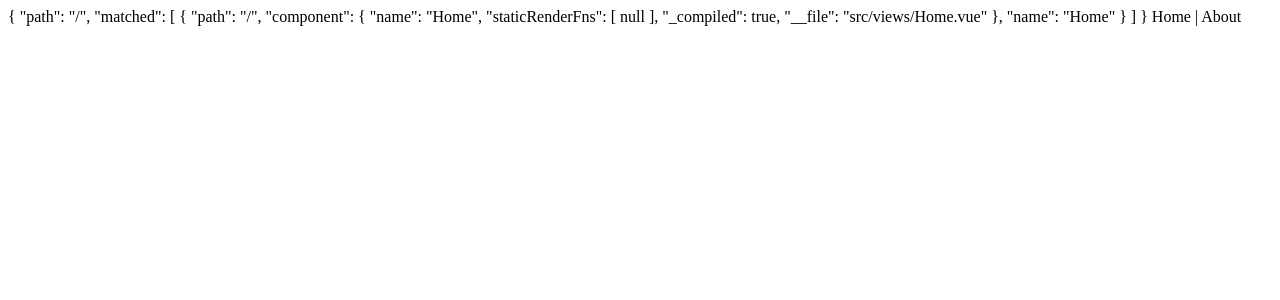
Repository: MDZZ-LBJ/vue-router
Page: /
These files come from the project's save history. The page is drawn as it stood at one moment and after the next save; the edit follows.
The browser window is 1280 px wide. The pictures show the whole page.
The project was rebuilt for these pictures with package versions that can differ from the ones it lists, and the page was loaded fresh each time. Also part of the build but not shown: src/views/Home.vue, src/views/About.vue, src/views/A.vue, src/views/B.vue.

Above is the page before, as saved 2020-12-14 17:33:46.

### src/main.js
import Vue from 'vue'
import App from './App.vue'
import router from './router'

Vue.config.productionTip = false

new Vue({
  name: 'root',
  router,
  render: function (h) { return h(App) }
}).$mount('#app')

### src/App.vue
<template>
  <div id="app">
    <div id="nav">
          {{this.$route}}
      <router-link to="/">Home</router-link> |
      <router-link to="/about">About</router-link>
    </div>
    <router-view />
  </div>
</template>

<script>
export default {
  name: "App",
};
</script>

### src/router/index.js
import Vue from "vue";
import VueRouter from "@/my-router";
import Home from "../views/Home.vue";
import About from "../views/About.vue";
import A from "../views/A.vue";
import B from "../views/B.vue";

/*
 Vuew.use 原理 内部会调用VueRouter插件的install方法
 传入this即Vue保证 vue-router 用的vue版本和外部一样
 这样vue-router内部就不用依赖vue，用户在使用vue-router
 时就不用 import vue form 'vue'

 Vue.use = function (plugin, options) {
  plugin.install(this) // this -> Vue
 }

*/

Vue.use(VueRouter);

const routes = [
  {
    path: "/",
    name: "Home",
    component: Home,
  },
  {
    path: "/about",
    name: "About",
    component: About,
    children: [
      {
        path: "a",
        component: A
      },
      {
        path: "b",
        component: B
      },
    ],
  },
];

const router = new VueRouter({
  mode: "hash",
  base: process.env.BASE_URL,
  routes,
});

export default router;

### src/my-router/index.js
import { install, _Vue } from './install'
import createMatcher from './create-matcher'
import HasHistory from './history/hash'
import Html5History from './history/html5'

class VueRouter {
    constructor(options) {
        this.mode = options.mode
        // 创建一个匹配器(核心：1.路由匹配组件 2.动态添加)
        this.matcher = createMatcher(options.routes || [])
        switch (this.mode) {
            // this 是router实例
            case 'hash':
                this.history = new HasHistory(this)
                break;
            case 'history':
                this.history = new Html5History(this)
                break;
        }
        console.log(this.history)
    }
    match(location) {
        return this.matcher.match(location)
    }
    init(app) { // 路由的初始化
        /*
        根据路径跳转对应的组件
           跳转的方法transitionTo是共享的 所以放在Base中
           获取路径 和 监控路径变化 hash和html5不一样 所以分别定义
        */
        const history = this.history
        const setupListener = () => { // 监控路径变化
            history.setupListener()
        }
        history.transitionTo(history.getCurrentLocation(), setupListener)
        history.listen((route) => {
            app._route = route
        })
    }
}

VueRouter.install = install

export default VueRouter

### src/my-router/install.js
let _Vue;

// 只是将这个router实例挂载到每个组件上
const install = function (Vue) {
    _Vue = Vue;
    /*
      。所有组件在初始化的时候 都会调用 Vue.extend 方法 会将根组件上的
        options(mian.js 中的new Vue里面的)混合在一起
      。install 的作用就是将routers实例共享给每个组件
        把所有的方法都和组件初始化的时候混合
    */
    Vue.mixin({
        beforeCreate() {
            // console.log(this.$options.name)
            // 区分父子关系 先找到父亲 儿子找父亲的属性 孙子找父亲的
            if (this.$options.router) { // 判断是不是在根上
                this._routerRoot = this //将根实例放到 _routerRoot 上
                this._router = this.$options.router // mian.js 中的router实例
                this._router.init(this) // 只会执行一次router初始化
                Vue.util.defineReactive(this, '_route', this._router.history.current) // 变成响应式数据
            } else {
                // 将根属性全部增加到每个组件上的_routerRoot上
                // 所有组件都可以获取_routerRoot._router获取路由实例
                this._routerRoot = this.$parent && this.$parent._routerRoot
            }
        }
    })

    Object.defineProperty(Vue.prototype, '$route', {
        get() {
            return this._routerRoot._route // 所有的属性
        }
    })
    Object.defineProperty(Vue.prototype, '$router', {
        get() {
            return this._routerRoot._router // 所有的方法
        }
    })
}

export {
    _Vue,
    install
}

/*
    export let a = 1;
    setInterval(()=> a++ ,1000)
    这样外面 import { a } from './xx.js'
    拿到的a也是一直在变的 因为导出的不是一个引用地址 并且import是动态导入的
    而是一个接口 这就是为什么下面的写法不对

    错误写法 导出的并不是一个对象 是一个接口
    export  {
        a:1,
        b:2
    }

    正确写法：这样写并不是因为简写的原因
        let a = 1;
        let b = 2;
        export {
            a,
            b
        }

    或者
        export default {
            a:1,
            b:2
        }

*/

### src/my-router/create-matcher.js
import createRouteMap from './create-route-map'
import { createRoute } from './history/base'
/*
    matcher 有两个功能
      。添加路由 在原有的路由基础上动态添加路由
      。匹配 根据路由匹配组件
*/
function createMatcher(routes) {

    let { pathMap } = createRouteMap(routes)

    function addRoutes(routes) {
        createRouteMap(routes, pathMap)

    }

    function match(path) {
        let record = pathMap[path]
        return createRoute(record, {
            path
        })
    }

    return {
        addRoutes,
        match,
    }

}
export default createMatcher

### src/my-router/history/hash.js
import Base from './base'

//确保有hash值  '/#'
function ensureSlash() {
    if (window.location.hash) { // 有兼容问题
        return;
    }
    window.location.hash = '/'
}

class Hash extends Base {
    constructor(router) {
        super(router)
        ensureSlash()
    }
    getCurrentLocation() {
        return window.location.hash.slice(1)
    }
    setupListener() {
        // hash 值就是监控hash的变化
        // 初始化后 先根据路径做一次匹配 后续hash值变化再次匹配
        window.addEventListener('hashchange', () => {
            this.transitionTo(this.getCurrentLocation())
        })
    }
    push(){

    }
}

export default Hash

### src/my-router/history/html5.js
import Base from './base'

class Html5 extends Base {
    constructor(router) {
        super(router)
    }
    getCurrentLocation() {
        return window.location.pathname
    }
    setupListener() {
        // popState 监控浏览器路径变化 (前进 后退)
        window.addEventListener('popstate', () => {
            this.transitionTo(this.getCurrentLocation())
        })
    }
    push() {

    }
}

export default Html5

### src/my-router/create-route-map.js
function createRouteMap(routes, oldPathMap) {
    /*
       一个参数时是初始化 2个参数时是动态添加路由
       oldPathMap 动态添加路由时用到
    */
    let pathMap = oldPathMap || Object.create(null)

    routes.forEach(route => {
        addRoutesRecord(route, pathMap)
    });

    console.log(pathMap)

    return {
        pathMap
    }

}

function addRoutesRecord(route, pathMap, parent) {
    // 儿子路径不能以 / 开头 ，否则不拼接 当做一级路由
    let path = parent ? `${parent.path}/${route.path}` : route.path
    let record = { // 有很多属性 这里核心属性是 path component
        path,
        parent,// 父记录
        component: route.component,
        name: route.name,
        props: route.props,
        meta: route.meta
    }
    // 根据路劲匹配记录
    if (!pathMap[path]) {
        pathMap[path] = record
    }
    if (route.children) { // 递归遍历
        route.children.forEach(childRoute => {
            addRoutesRecord(childRoute, pathMap, record)
        });
    }
}


export default createRouteMap

### src/my-router/history/base.js
export function createRoute(record, location) {
    let res = []
    if (record) {
        while (record) {
            res.unshift(record) // 向前添加 先渲染父组件
            record = record.parent
        }
    }
    return {
        ...location,
        matched: res
    }
}

export default class Base {
    constructor(router) {
        this.router = router;
        this.cb = null
        this.current = createRoute(null, {
            path: '/'
        })
    }
    // 根据路径渲染组件 数据变化 想更新视图
    transitionTo(location, onComplete) {
        // 根据跳转的路径获取匹配的记录
        let route = this.router.match(location)
        this.current = route
        this.cb && this.cb(route)
        onComplete && onComplete()
    }
    listen(cb) {
        this.cb = cb
    }
}

Loaded but not shown: public/index.html (common file)

After the next save:
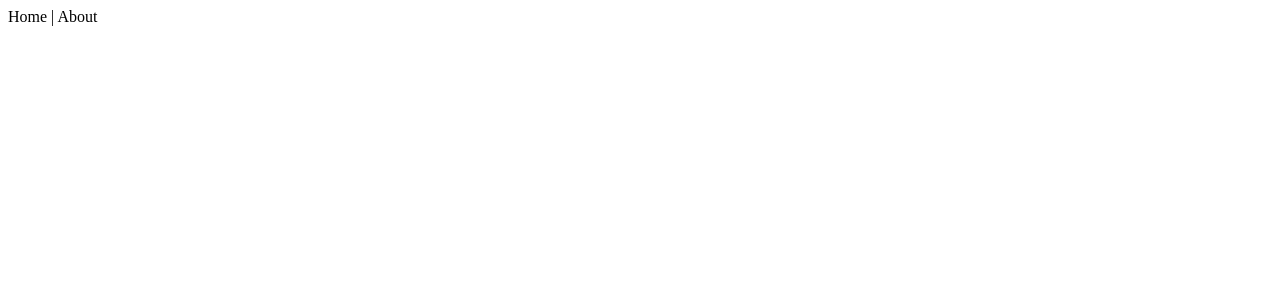
Saved 2 min 13 s later.
--- a/src/App.vue
+++ b/src/App.vue
@@ -1,7 +1,6 @@
 <template>
   <div id="app">
     <div id="nav">
-          {{this.$route}}
       <router-link to="/">Home</router-link> |
       <router-link to="/about">About</router-link>
     </div>

After the 2 saves that followed:
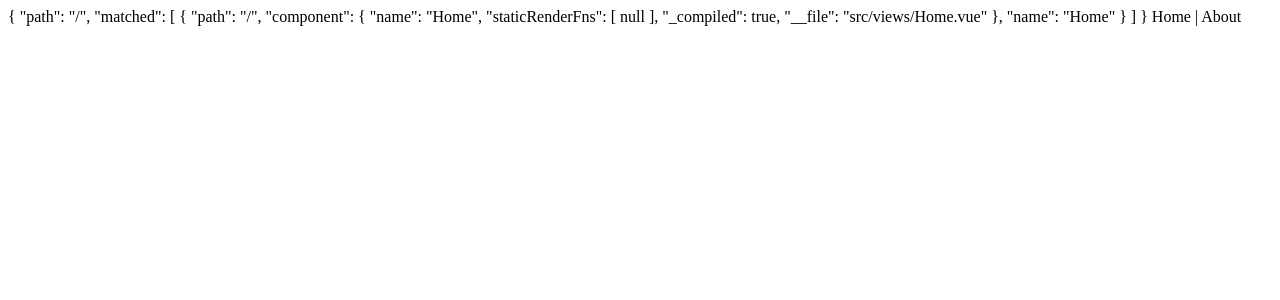
The 2 saves are shown as one change because they came seconds apart.
The last was saved 10 s later.
--- a/src/App.vue
+++ b/src/App.vue
@@ -1,6 +1,7 @@
 <template>
   <div id="app">
     <div id="nav">
+          {{this.$route}}
       <router-link to="/">Home</router-link> |
       <router-link to="/about">About</router-link>
     </div>
